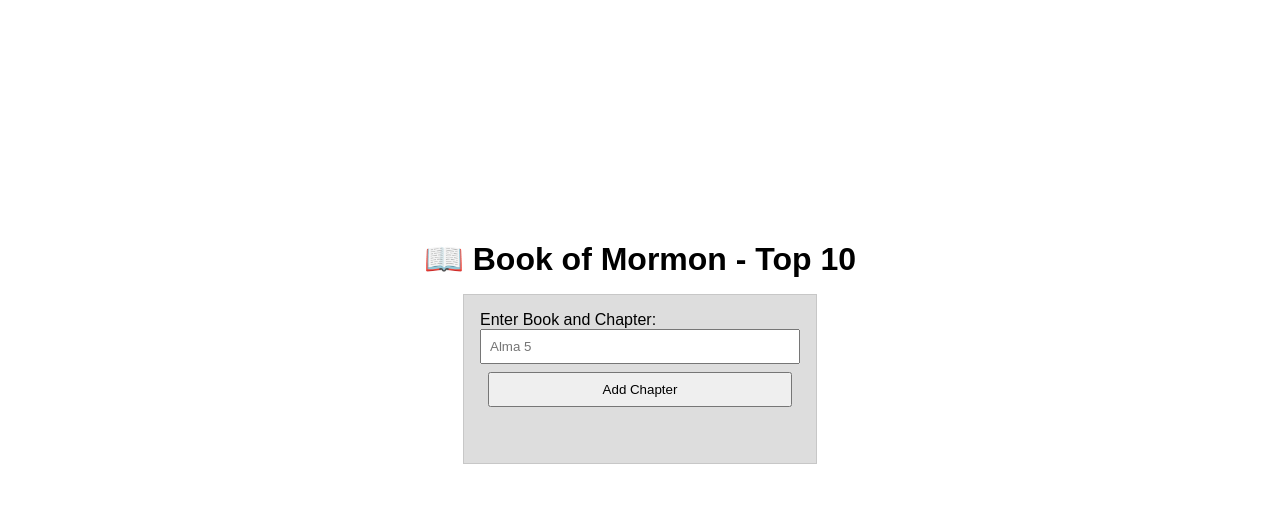
Repository: mszakutumela/wdd230
Page: week02/bom.html
These files come from the project's save history. The page is drawn as it stood at one moment and after a run of saves; the edit follows.
The browser window is 1280 px wide. The pictures show the whole page.

Above is the page before, as saved 2024-01-24 07:39:02.

After the next 2 saves:
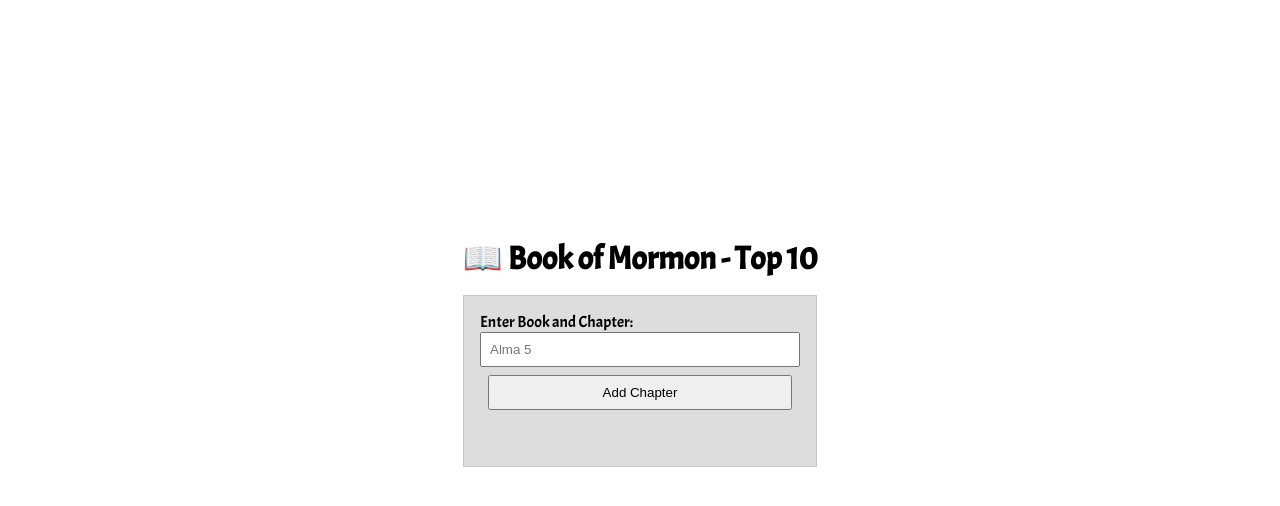
The 2 saves are shown as one change because they came seconds apart.
The last was saved 6 min 54 s later.
--- a/week02/bom.html
+++ b/week02/bom.html
@@ -8,6 +8,9 @@
     <title>DOM Manipulation</title>
     <meta name="description" content="WDD 230 - W02 - JavaScript: DOM Manipulation by Ayanda Ndlovu">
     <meta name="author" content="Ayanda Ndlovu">
+    <link rel="preconnect" href="https://fonts.googleapis.com">
+<link rel="preconnect" href="https://fonts.gstatic.com" crossorigin>
+<link href="https://fonts.googleapis.com/css2?family=Acme&display=swap" rel="stylesheet">
     <link rel="stylesheet" href="week02/styles/bom.css">
 </head>
 
